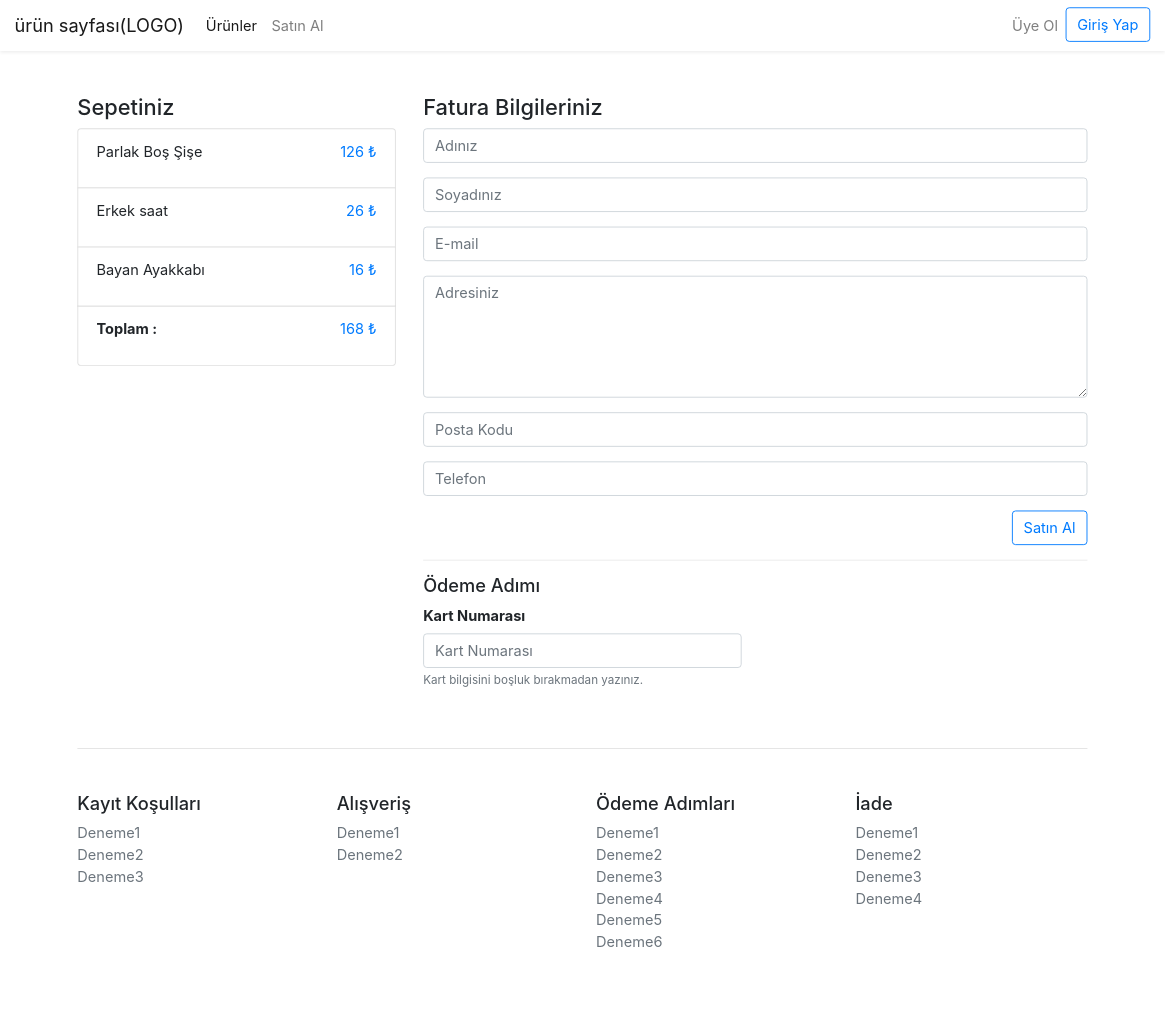
Repository: NergisAktug/E-Commerce-PythonWithFlask-Sqlite3
Page: templates/ödeme.html
An editor plug-in stored every save of this project. The page is shown before and after the next save, followed by the edit.
The browser window is 1280 px wide. The pictures show the whole page, at 91% of full size.

Above is the page before, as saved 2018-11-24 00:55:30.

### templates/ödeme.html
<!doctype html>
<html lang="en">
  <head>
    <!-- Required meta tags -->
    <meta charset="utf-8">
    <meta name="viewport" content="width=device-width, initial-scale=1, shrink-to-fit=no">

    <!-- Bootstrap CSS -->
    <link rel="stylesheet" href="https://stackpath.bootstrapcdn.com/bootstrap/4.1.3/css/bootstrap.min.css" integrity="sha384-MCw98/SFnGE8fJT3GXwEOngsV7Zt27NXFoaoApmYm81iuXoPkFOJwJ8ERdknLPMO" crossorigin="anonymous">

    <title>Hello, world!</title>
  </head>
  <body>
    <nav class="navbar navbar-expand-lg navbar-light shadow-sm" >
        <a href="#" class="navbar-brand">ürün sayfası(LOGO)</a>
        <button class="navbar-toggler" type="button" data-toggle="collapse" data-target="#navbarMenü">
            <span class="navbar-toggler-icon"></span>
        </button>
        <div class="collapse navbar-collapse" id="navbarMenü">
            <ul class="navbar-nav mr-auto">
                <li class="nav-item">
                    <a href="#" class="nav-link active" >Ürünler</a>
                 </li>
                 <li class="nav-item">
                        <a href="#" class="nav-link">Satın Al</a>
                     </li>

                       </ul>
                       <ul class="navbar-nav">
                          <li class="nav-item">
                            <a href="#" class="nav-link">Üye Ol</a>
                           </li>
                           <li class="nav-item">
                              <a href="#" class="btn btn-outline-primary">Giriş Yap</a>
                             </li>
                       </ul>
             </div>

    </nav>
    <div class="container my-5">
        <div class="row">
            <div class="col-md-4">
                    <h4>Sepetiniz</h4>
                    <ul class="list-group">
                         <li class="list-group-item">
                             <p class="float-left">Parlak Boş Şişe</p>
                             <p class="float-right text-primary">126 ₺</p>
                              </li>
                        <li class="list-group-item">
                            <p class="float-left">Erkek saat</p>
                            <p class="float-right text-primary">26 ₺</p>
                        </li>
                         <li class="list-group-item">
                            <p class="float-left">Bayan Ayakkabı</p>
                            <p class="float-right text-primary">16 ₺</p>
                         </li>
                         <li class="list-group-item">
                                <p class="float-left"><b>Toplam : </b></p>
                                <p class="float-right text-primary">168 ₺</p>
                        </li>
                    </ul>
                </div>

            <div class="col-md-8">
                <h4>Fatura Bilgileriniz</h4>
               <form class="was-validation">
                   <div class="form-group">
                       <input type="text" class="form-control" placeholder="Adınız" required>
                   </div>
                   <div class="form-group">
                        <input type="text" class="form-control" placeholder="Soyadınız" required>
                    </div>
                    <div class="form-group">
                            <input type="text" class="form-control" placeholder="E-mail" required>
                        </div>
                    <div class="form-group">
                        <textarea  class="form-control" rows="5" placeholder="Adresiniz" required></textarea>
                    </div>
                     <div class="form-group">
                        <input type="text" class="form-control" minlength="3" placeholder="Posta Kodu"required>
                     </div>
                    <div class="form-group">
                       <input type="text" class="form-control" placeholder="Telefon" required>
                    </div>
                    <div class="form-group">
                        <button type="submit" class="btn btn-outline-primary float-right" required>Satın Al</button>
                     </div>
                   <div class="clearfix"></div><hr>
                   <h5>Ödeme Adımı</h5>
                   <div class="row">
                <div class="col-md-6">
                    <div class="form-group">
                        <label> <b>Kart Numarası</b> </label>
                        <input type="text" class="form-control" placeholder="Kart Numarası" minlength="16" required>
                        <small class="text-muted">Kart bilgisini boşluk bırakmadan yazınız.</small>
                        </div>
                    </div>
                    <div class="col-md-6"></div>
                   </div>
               </form>
        </div>

    </div>
    <hr class="my-5">
</div>

   <footer class="my-5">
<div class="container">
      <div class="row">
     <div class="col-6 col-md-3">
       <h5>Kayıt Koşulları</h5>
       <ul class="list-unstyled">
        <li><a href="#" class="text-muted">Deneme1</a></li>
        <li><a href="#" class="text-muted">Deneme2</a></li>
        <li><a href="#" class="text-muted">Deneme3</a></li>

        </ul>
     </div>

     <div class="col-6 col-md-3">
        <h5>Alışveriş</h5>
        <ul class="list-unstyled">
            <li><a href="#" class="text-muted">Deneme1</a></li>
            <li><a href="#" class="text-muted">Deneme2</a></li>

         </ul>
      </div>
      <div class="col-6 col-md-3">
          <h5>Ödeme Adımları</h5>
          <ul class="list-unstyled">
              <li><a href="#" class="text-muted">Deneme1</a></li>
              <li><a href="#" class="text-muted">Deneme2</a></li>
              <li><a href="#" class="text-muted">Deneme3</a></li>
              <li><a href="#" class="text-muted">Deneme4</a></li>
              <li><a href="#" class="text-muted">Deneme5</a></li>
              <li><a href="#" class="text-muted">Deneme6</a></li>
           </ul>
        </div>
        <div class="col-6 col-md-3">
            <h5>İade</h5>
            <ul class="list-unstyled">
                <li><a href="#" class="text-muted">Deneme1</a></li>
                <li><a href="#" class="text-muted">Deneme2</a></li>
                <li><a href="#" class="text-muted">Deneme3</a></li>
                <li><a href="#" class="text-muted">Deneme4</a></li>
             </ul>
          </div>
      </div>
</div>
   </footer>

    <!-- Optional JavaScript -->
    <!-- jQuery first, then Popper.js, then Bootstrap JS -->
    <script src="https://code.jquery.com/jquery-3.3.1.slim.min.js" integrity="sha384-q8i/X+965DzO0rT7abK41JStQIAqVgRVzpbzo5smXKp4YfRvH+8abtTE1Pi6jizo" crossorigin="anonymous"></script>
    <script src="https://cdnjs.cloudflare.com/ajax/libs/popper.js/1.14.3/umd/popper.min.js" integrity="sha384-ZMP7rVo3mIykV+2+9J3UJ46jBk0WLaUAdn689aCwoqbBJiSnjAK/l8WvCWPIPm49" crossorigin="anonymous"></script>
    <script src="https://stackpath.bootstrapcdn.com/bootstrap/4.1.3/js/bootstrap.min.js" integrity="sha384-ChfqqxuZUCnJSK3+MXmPNIyE6ZbWh2IMqE241rYiqJxyMiZ6OW/JmZQ5stwEULTy" crossorigin="anonymous"></script>
  </body>
</html>

After the next save:
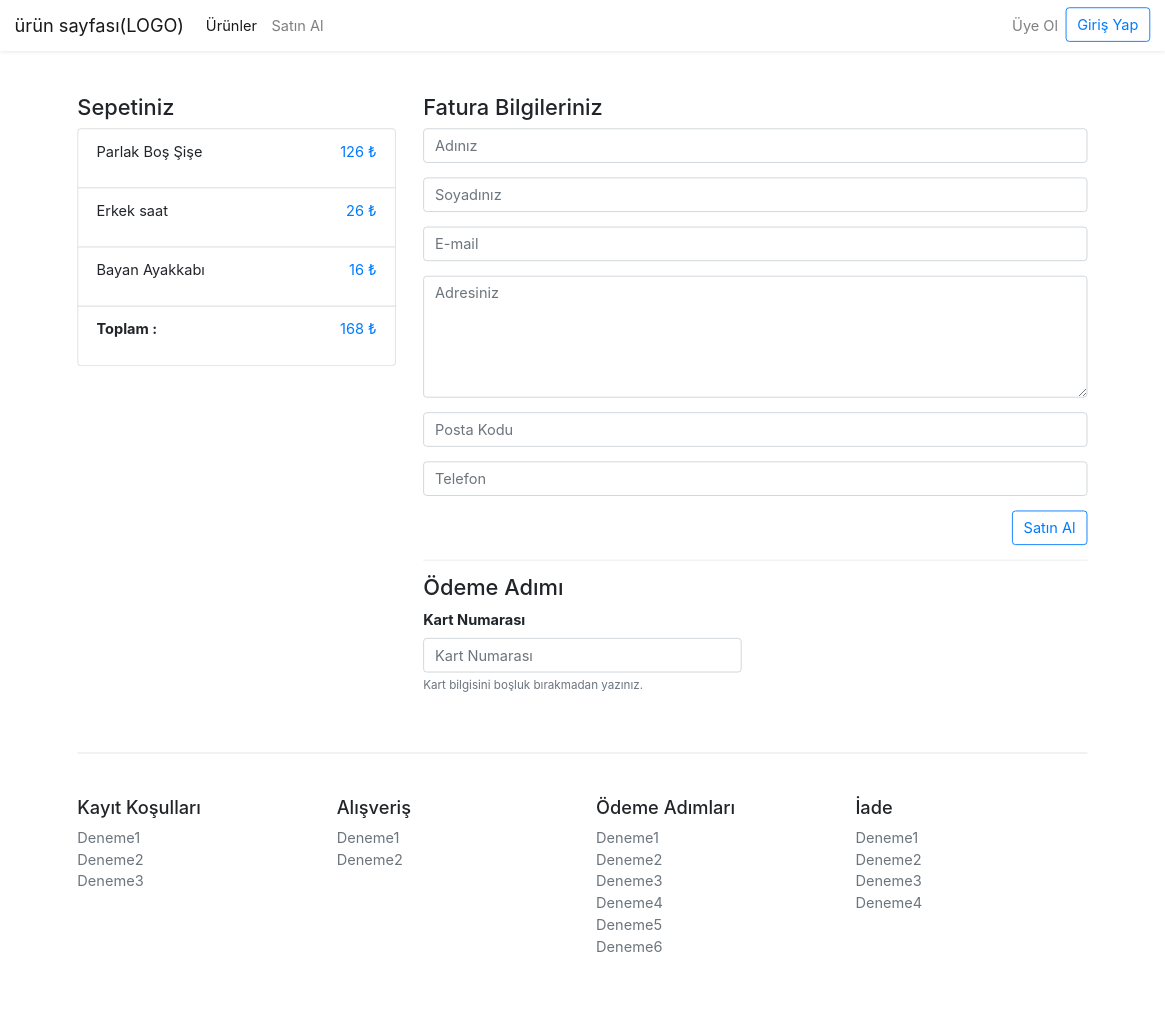
Saved 30 s later.
--- a/templates/ödeme.html
+++ b/templates/ödeme.html
@@ -86,7 +86,7 @@
                         <button type="submit" class="btn btn-outline-primary float-right" required>Satın Al</button>
                      </div>
                    <div class="clearfix"></div><hr>
-                   <h5>Ödeme Adımı</h5>
+                   <h4>Ödeme Adımı</h4>
                    <div class="row">
                 <div class="col-md-6">
                     <div class="form-group">
